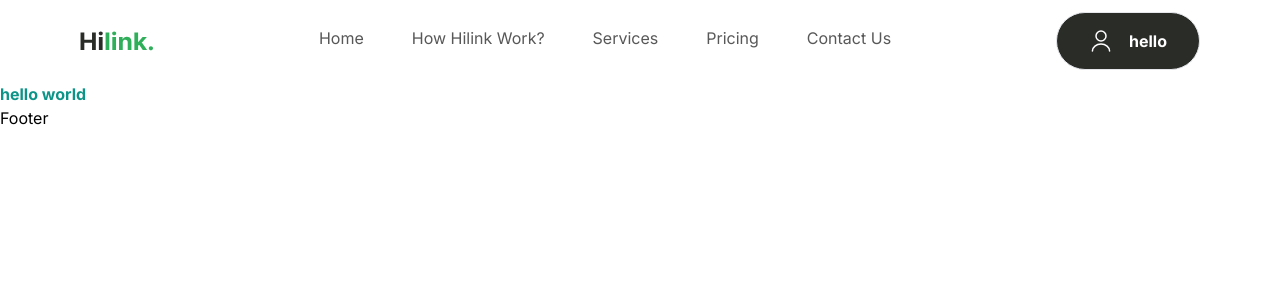
Repository: martin-raphael/travel_agency
Page: /
An editor plug-in stored every save of this project. The page is shown before and after the next save, followed by the edit.
The browser window is 1280 px wide. The pictures show the whole page.
The project was rebuilt for these pictures with package versions that can differ from the ones it lists, and the page was loaded fresh each time. The framework's server and built-in components were replaced by stand-ins that run in the browser. Also part of the build but not shown: next.config.mjs.

Above is the page before, as saved 2024-08-08 17:39:36.

After the next save:
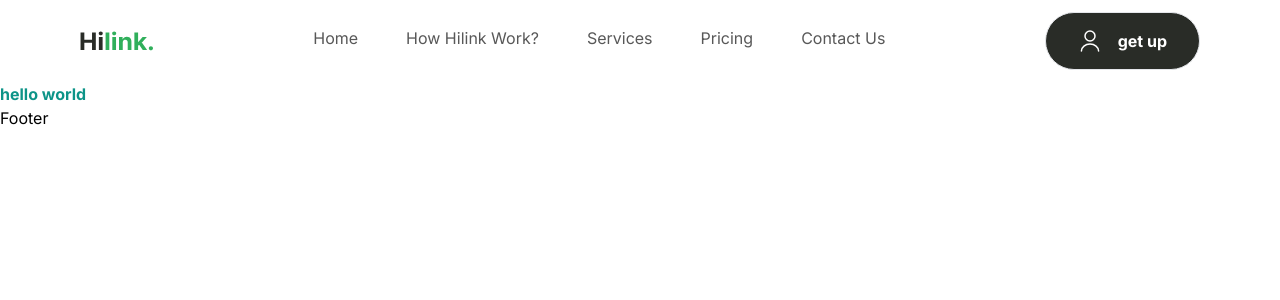
Saved 24 s later.
--- a/components/Navbar.tsx
+++ b/components/Navbar.tsx
@@ -26,7 +26,7 @@ const Navbar = () => {
       <div className=" lg:flexCenter hidden">
         <Button
           type='button'
-          title='hello'
+          title='get up'
           icon='/user.svg'
           variant='btn_dark_green'
         />
